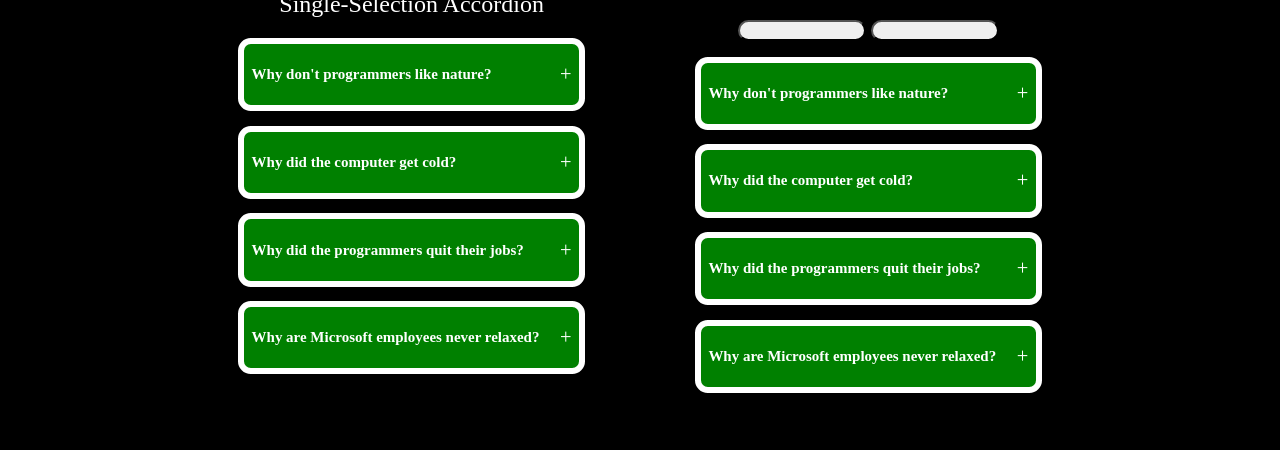
Repository: kosenijr/react-projects
Page: / (app in accordion/)
An editor plug-in stored every save of this project. The page is shown before and after a run of saves, followed by the edit.
The browser window is 1280 px wide. The pictures show the whole page.
The project was rebuilt for these pictures with package versions that can differ from the ones it lists, and the page was loaded fresh each time.

Above is the page before, as saved 2024-03-03 13:09:33.

After the next 2 saves:
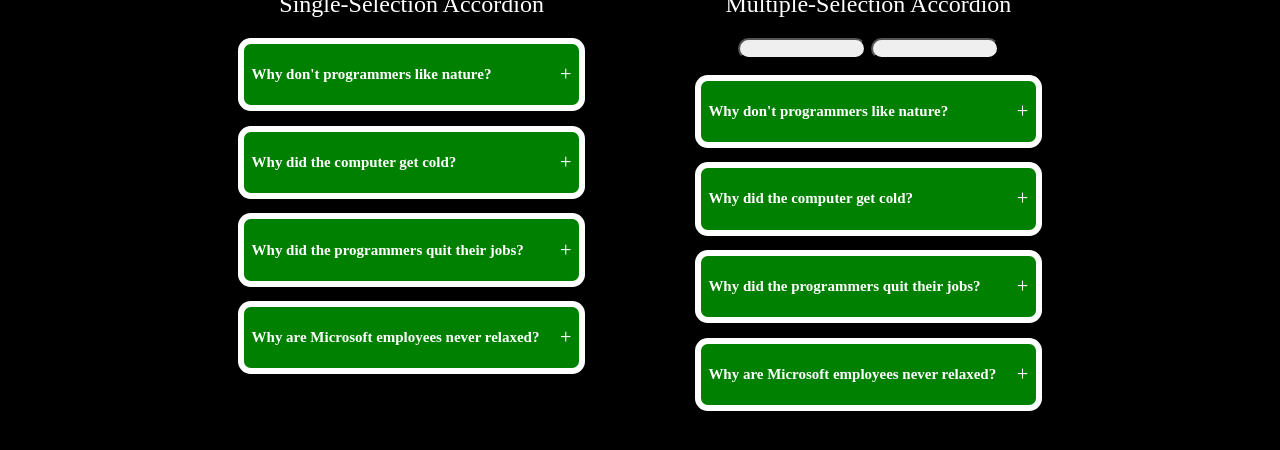
The 2 saves are shown as one change because they came seconds apart.
The last was saved 6 s later.
--- a/accordion/src/styles/MultiSelection.css
+++ b/accordion/src/styles/MultiSelection.css
@@ -1,7 +1,7 @@
 .multi-selection-wrapper {
   display: flex;
   align-items: center;
-  height: 50vh;
+  height: 55vh;
   margin-right: 10vw;
 }
 
